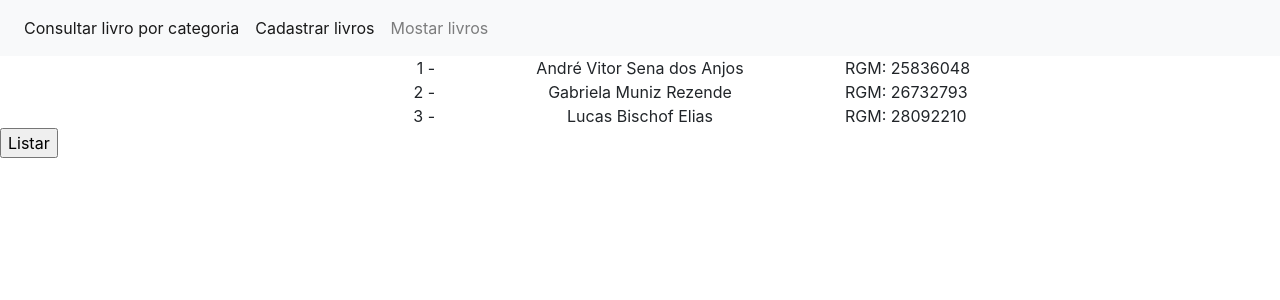
Repository: SrtaVerdant/projeto-livraria
Page: http://localhost/ProjetoLivraria/
These files come from the project's save history. The page is drawn as it stood at one moment and after the next save; the edit follows.
The browser window is 1280 px wide. The pictures show the whole page.
Some web libraries are served in a nearby version. The page is served by Tomcat 9.

Above is the page before, as saved 2022-10-29 16:23:32.

After the next save:
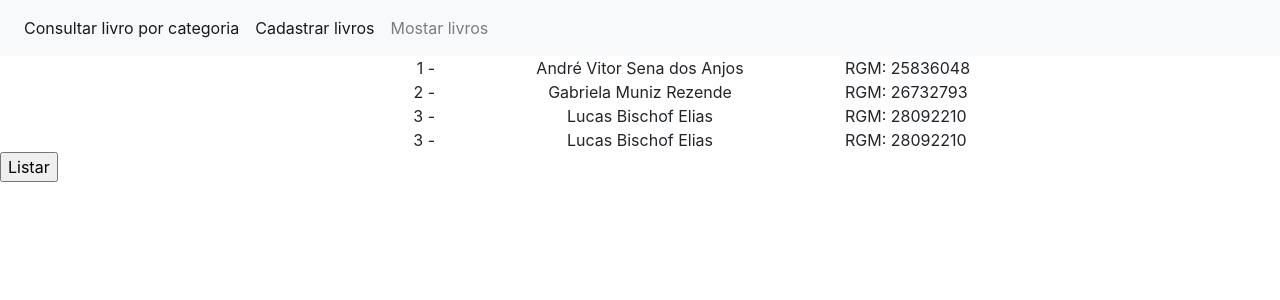
Saved 2 min 13 s later.
--- a/ProjetoLivraria/src/main/webapp/index.jsp
+++ b/ProjetoLivraria/src/main/webapp/index.jsp
@@ -53,6 +53,11 @@
 			    <div class="textocentro col-4">Lucas Bischof Elias</div>
 			    <div class="col">RGM: 28092210</div>
 		  	</div>
+		  	<div class="row">
+			    <div class="textodireita col">3 - </div>
+			    <div class="textocentro col-4">Lucas Bischof Elias</div>
+			    <div class="col">RGM: 28092210</div>
+		  	</div>
 		</div>
 	</body>
 
